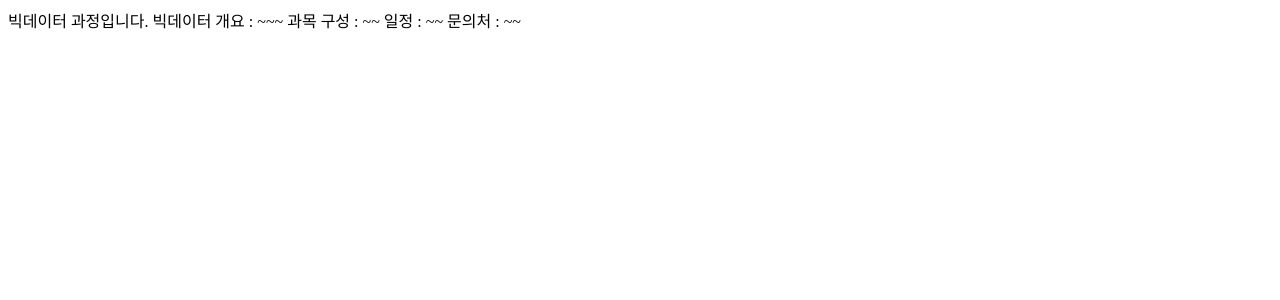
Repository: ybshim90/sesac1
Page: day_20211216_03_hello/src/main/webapp/hello.html
These files come from the project's save history. The page is drawn as it stood at one moment and after the next save; the edit follows.
The browser window is 1280 px wide. The pictures show the whole page.

Above is the page before, as saved 2021-12-16 07:26:21.

After the next save:
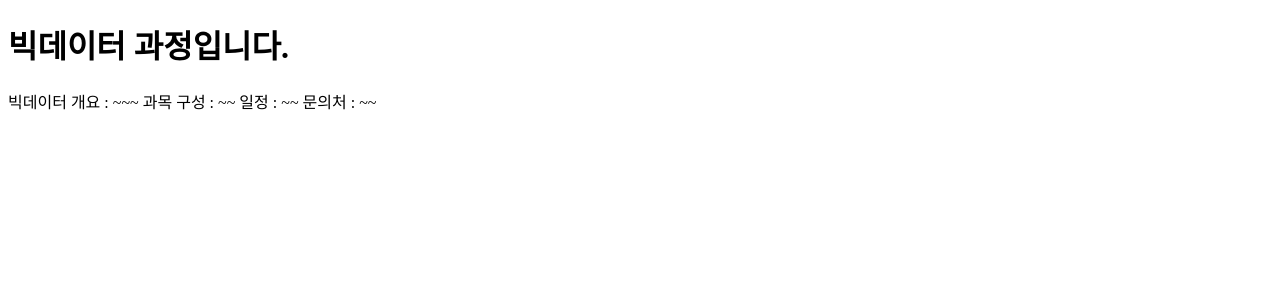
Saved 28 s later.
--- a/day_20211216_03_hello/src/main/webapp/hello.html
+++ b/day_20211216_03_hello/src/main/webapp/hello.html
@@ -5,7 +5,7 @@
 		<title>빅데이터 과정 소개</title>
 	</head>
 	<body>
-		빅데이터 과정입니다.
+		<h1>빅데이터 과정입니다.</h1>
 		빅데이터 개요 : ~~~
 		과목 구성 : ~~
 		일정 : ~~
